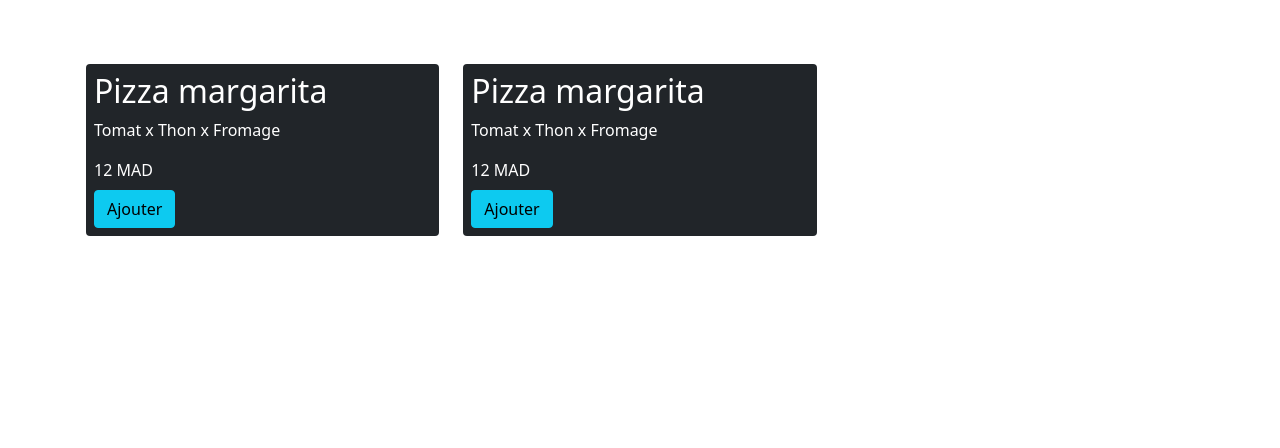
Repository: FS-23/my-restaurant
Page: /
An editor plug-in stored every save of this project. The page is shown before and after the next save, followed by the edit.
The browser window is 1280 px wide. The pictures show the whole page.
The project was rebuilt for these pictures with package versions that can differ from the ones it lists, and the page was loaded fresh each time.

Above is the page before, as saved 2022-04-29 13:48:59.

### public/index.html
<!DOCTYPE html>
<html lang="en">
  <head>
    <meta charset="utf-8" />
    <link rel="icon" href="%PUBLIC_URL%/favicon.ico" />
    <meta name="viewport" content="width=device-width, initial-scale=1" />
    <meta name="theme-color" content="#000000" />
    <meta
      name="description"
      content="Web site created using create-react-app"
    />
    <link rel="apple-touch-icon" href="%PUBLIC_URL%/logo192.png" />
    <!--
      manifest.json provides metadata used when your web app is installed on a
      user's mobile device or desktop. See https://developers.google.com/web/fundamentals/web-app-manifest/
    -->
    <link rel="manifest" href="%PUBLIC_URL%/manifest.json" />
    <!--
      Notice the use of %PUBLIC_URL% in the tags above.
      It will be replaced with the URL of the `public` folder during the build.
      Only files inside the `public` folder can be referenced from the HTML.

      Unlike "/favicon.ico" or "favicon.ico", "%PUBLIC_URL%/favicon.ico" will
      work correctly both with client-side routing and a non-root public URL.
      Learn how to configure a non-root public URL by running `npm run build`.
    -->
    <title>React App</title>
    <!-- CSS only -->
<link href="https://cdn.jsdelivr.net/npm/bootstrap@5.1.3/dist/css/bootstrap.min.css" rel="stylesheet">
  </head>
  <body>
    <noscript>You need to enable JavaScript to run this app.</noscript>
    <div id="root"></div>
    <!--
      This HTML file is a template.
      If you open it directly in the browser, you will see an empty page.

      You can add webfonts, meta tags, or analytics to this file.
      The build step will place the bundled scripts into the <body> tag.

      To begin the development, run `npm start` or `yarn start`.
      To create a production bundle, use `npm run build` or `yarn build`.
    -->
  </body>
</html>

### src/index.css
.plan-container {
    width: auto ;
    background-color: grey;
}

.app-gradient-container {
   background-image: linear-gradient(160deg , red , blue);
   opacity: 0.2;
}

### src/App.js
import Menu from './components/Menu'
function App() {
  return (
    <div className="">
       <div className='vw-100 vh-100 position-fixed text-white'>
           <div className='position-absolute d-none top-0 w-100 h-100 bg-dark app-gradient-container'>

           </div>
           <div className="mt-5 p-3 rounded container ">
              <Menu />
           </div>
       </div>
    </div>
  );
}

export default App;

### src/components/Menu.js
import Plat from "./Plat"
function Menu(){
    return (
        <div className="row">
            < Plat name="Pizza margarita" price="12" ingredient="Tomat x Thon x Fromage" />
            < Plat name="Pizza margarita" price="12" ingredient="Tomat x Thon x Fromage" />
        </div>
    )
}

export default Menu

### src/components/Plat.js

function Plat (props){
    return(
        <div className=" col-1 col-sm-2 col-lg-4" >
            <div className="bg-dark p-2 rounded">
                <h2>{props.name} </h2>
                <p> {props.ingredient}</p>
                <div>
                    {props.price} MAD
                </div>
                <button className="btn btn-info mt-2">Ajouter</button>
            </div>
       </div>


    )
}

export default Plat

Loaded but not shown: src/index.js (common file)

After the next save:
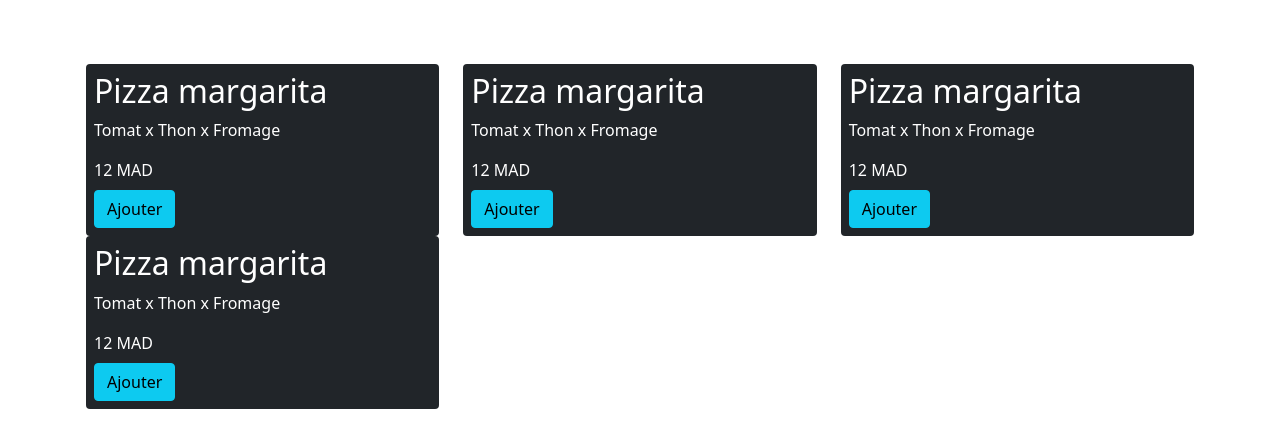
Saved 19 s later.
--- a/src/components/Menu.js
+++ b/src/components/Menu.js
@@ -2,6 +2,8 @@ import Plat from "./Plat"
 function Menu(){
     return (
         <div className="row">
+            < Plat name="Pizza margarita" price="12" ingredient="Tomat x Thon x Fromage" />
+            < Plat name="Pizza margarita" price="12" ingredient="Tomat x Thon x Fromage" />
             < Plat name="Pizza margarita" price="12" ingredient="Tomat x Thon x Fromage" />
             < Plat name="Pizza margarita" price="12" ingredient="Tomat x Thon x Fromage" />
         </div>
